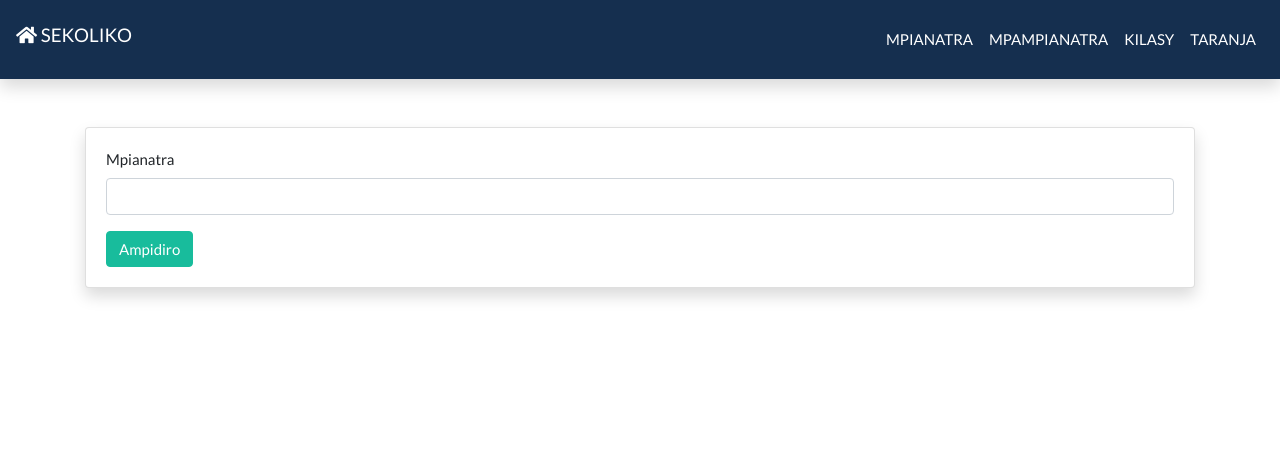
Repository: niainamahefa/j2ee-sekoliko
Page: http://localhost/Ecole/nouveau_eleve
These files come from the project's save history. The page is drawn as it stood at one moment and after the next save; the edit follows.
The browser window is 1280 px wide. The pictures show the whole page.
The page is served by Tomcat 9. Other server files are loaded and not shown.

Above is the page before, as saved 2021-02-07 16:09:57.

### Ecole/WebContent/WEB-INF/eleve-form.jsp
<%@ page language="java" contentType="text/html; charset=ISO-8859-1"
    pageEncoding="ISO-8859-1"%>
<%@ taglib uri="http://java.sun.com/jsp/jstl/core" prefix="c" %>
<!DOCTYPE html>
<html>
<head>
<meta charset="ISO-8859-1">
<title>Sekoliko</title>
    <!-- Bootstrap core CSS -->
	<link href="./assets/css/bootstrap.min.css" rel="stylesheet">
	  <link href="./assets/fontawesome-free/css/all.min.css" rel="stylesheet" type="text/css">
</head>
<body>
	<nav class="navbar navbar-expand-lg  navbar-dark  bg-primary  shadow container-fluid">

            <a class="navbar-brand lnav h1" href="#" data-scroll="acceuill"><i class="fas fa-home "></i> SEKOLIKO</a>
            <button class="navbar-toggler" type="button" data-toggle="collapse" data-target="#navbarNav" aria-controls="navbarNav" aria-expanded="false" aria-label="Toggle navigation">
                <span class="navbar-toggler-icon"></span>
            </button>
            <div class="collapse navbar-collapse " id="navbarNav">
                <ul class="navbar-nav ml-auto">
                  <li class="nav-item">
                    <a class="nav-link lnav" href="eleve" data-scroll="eleve"> MPIANATRA <span class="sr-only">(current)</span></a>
                </li>
                <li class="nav-item">
                    <a class="nav-link lnav" href="professeur" data-scroll="produit"> MPAMPIANATRA</a>
                </li>
                <li class="nav-item">
                        <a class="nav-link lnav" href="classe" data-scroll="inscription"> KILASY</a>
                    </li>
                <li class="nav-item">
                    <a class="nav-link lnav" href="eleve" data-scroll="contact"> TARANJA</a>
                </li>
            </ul>
        </div>
    </nav>

    <div class="container mt-5">
    	<div class="card mt-3 shadow ">
    		<div class="card-body">
    			<c:if test="${eleve != null}">
    				<form action="modifier_eleve" method="post">
    			</c:if>
    			<c:if test="${eleve == null}">
    				<form action="inserer_eleve" method="post">
    			</c:if>

    			<c:if test="${eleve != null}">
    				<input type="hidden" name="mat_id" value="<c:out value="${eleve.mat_id}"/>">
    			</c:if>

    			<div class="form-group">
    				<label for="">Mpianatra</label>
    				<input type="text" class="form-control" name="mat_nom" required value="<c:out value="${eleve.mat_nom}"/>">
    			</div>
    			<button type="submit" class="btn btn-success">Ampidiro</button>
    			</form>
    		</div>
    	</div>
    </div>

</body>
</html>

### Ecole/src/com/ecole/servlet/EleveServlet.java
package com.ecole.servlet;

import java.io.IOException;
import java.sql.SQLException;
import java.util.ArrayList;
import java.util.List;
import javax.servlet.RequestDispatcher;
import javax.servlet.ServletException;
import javax.servlet.annotation.WebServlet;
import javax.servlet.http.HttpServlet;
import javax.servlet.http.HttpServletRequest;
import javax.servlet.http.HttpServletResponse;

import com.ecole.dao.EleveDao;
import com.ecole.model.Eleve;

/**
 * Servlet implementation class AccueilServlet
 */
@WebServlet("/EleveServlet")
public class EleveServlet extends HttpServlet {
	private static final long serialVersionUID = 1L;

	private EleveDao eleveDao;

    /**
     * @see HttpServlet#HttpServlet()
     */
    public EleveServlet() {
        super();
        // TODO Auto-generated constructor stub
    }

    public void init()  throws ServletException {
    	eleveDao = new EleveDao();
    }

    /**
	 * @see HttpServlet#doPost(HttpServletRequest request, HttpServletResponse response)
	 */
	protected void doPost(HttpServletRequest request, HttpServletResponse response) throws ServletException, IOException {
		// TODO Auto-generated method stub
		doGet(request, response);
	}

	/**
	 * @see HttpServlet#doGet(HttpServletRequest request, HttpServletResponse response)
	 */
	protected void doGet(HttpServletRequest request, HttpServletResponse response) throws ServletException, IOException {
		// TODO Auto-generated method stub
		response.getWriter().append("Served at: ").append(request.getContextPath());

		String action = request.getServletPath();

		switch (action) {
		case "/nouveau_eleve":
			showAddForm(request, response);
			break;

		case "/inserer_eleve":
			try {
				insertEleve(request, response);
			} catch (SQLException e) {
				// TODO Auto-generated catch block
				e.printStackTrace();
			} catch (IOException e) {
				// TODO Auto-generated catch block
				e.printStackTrace();
			}
			break;

		case "/editer_eleve":
			showEditForm(request, response);
			break;

		case "/supprimer_eleve":
			try {
				deleteEleve(request, response);
			} catch (SQLException e) {
				// TODO Auto-generated catch block
				e.printStackTrace();
			} catch (IOException e) {
				// TODO Auto-generated catch block
				e.printStackTrace();
			}
			break;

		case "/modifier_eleve":
			updateEleve(request, response);
			break;

			default:
				listEleve(request, response);
				break;

		}

	}

	private void showAddForm(HttpServletRequest request, HttpServletResponse response)
			throws ServletException, IOException
	{
		RequestDispatcher dispatcher = request.getRequestDispatcher("/WEB-INF/eleve-form.jsp");
		dispatcher.forward(request, response);
	}

	// INSERT MATIERE
	private void insertEleve(HttpServletRequest request, HttpServletResponse response)
			throws SQLException, IOException
	{
		String elv_nom = request.getParameter("elv_nom");
		String elv_prenom = request.getParameter("elv_prenom");
		String elv_cls_k = request.getParameter("elv_cls_k");
		Eleve eleve = new Eleve(elv_nom, elv_prenom, elv_cls_k);
		eleveDao.insertEleve(eleve);
		response.sendRedirect("eleve");

	}

	// DELETE MATIERE
	private void deleteEleve(HttpServletRequest request, HttpServletResponse response)
			throws SQLException, IOException
	{
		int elv_id = Integer.parseInt(request.getParameter("elv_id"));

		try {
			eleveDao.deleteEleve(elv_id);
		} catch (Exception e) {
			// TODO: handle exception
			e.printStackTrace();
		}

		response.sendRedirect("eleve");
	}

	// EDIT MATIERE
	private void showEditForm(HttpServletRequest request, HttpServletResponse response)
			throws ServletException, ServletException, IOException
	{

		int elv_id = Integer.parseInt(request.getParameter("elv_id"));

		Eleve existingEleve;

		try {
			existingEleve = eleveDao.selectEleve(elv_id);
			RequestDispatcher dispatcher = request.getRequestDispatcher("/WEB-INF/eleve-form.jsp");
			request.setAttribute("eleve", existingEleve);
		} catch (Exception e) {
			e.printStackTrace();
		}
	}

	// UPDATE
	private void updateEleve(HttpServletRequest request, HttpServletResponse response)
			throws ServletException, ServletException, IOException
	{
		int elv_id = Integer.parseInt(request.getParameter("elv_id"));
		String elv_nom = request.getParameter("elv_nom");
		String elv_prenom = request.getParameter("elv_prenom");
		String elv_cls_k = request.getParameter("elv_cls_k");
		Eleve eleve = new Eleve(elv_nom, elv_prenom, elv_cls_k);
		eleveDao.updateEleve(eleve);
		response.sendRedirect("eleve");

	}

	//DEFAULT
	private void listEleve(HttpServletRequest request, HttpServletResponse response)
			throws ServletException, ServletException, IOException {

		try {
			List<Eleve> listEleve = eleveDao.selectAllEleve();
			request.setAttribute("listEleve", listEleve);
			request.getRequestDispatcher("/WEB-INF/eleve.jsp").forward(request, response);

		} catch (Exception e) {
			e.printStackTrace();
		}
	}


}

Loaded but not shown: Ecole/WebContent/assets/css/bootstrap.min.css (library); Ecole/WebContent/assets/fontawesome-free/css/all.min.css (library)

After the next save:
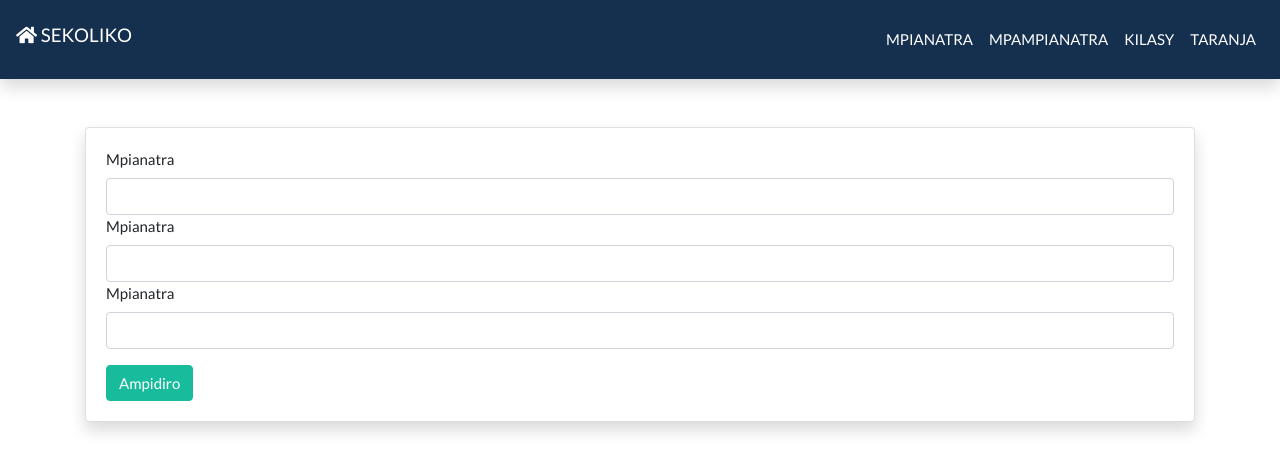
Saved 14 s later.
--- a/Ecole/WebContent/WEB-INF/eleve-form.jsp
+++ b/Ecole/WebContent/WEB-INF/eleve-form.jsp
@@ -52,6 +52,10 @@
     			<div class="form-group">
     				<label for="">Mpianatra</label>
     				<input type="text" class="form-control" name="mat_nom" required value="<c:out value="${eleve.mat_nom}"/>">
+    				<label for="">Mpianatra</label>
+    				<input type="text" class="form-control" name="mat_nom" required value="<c:out value="${eleve.mat_nom}"/>">
+    				<label for="">Mpianatra</label>
+    				<input type="text" class="form-control" name="mat_nom" required value="<c:out value="${eleve.mat_nom}"/>">
     			</div>
     			<button type="submit" class="btn btn-success">Ampidiro</button>
     			</form>
